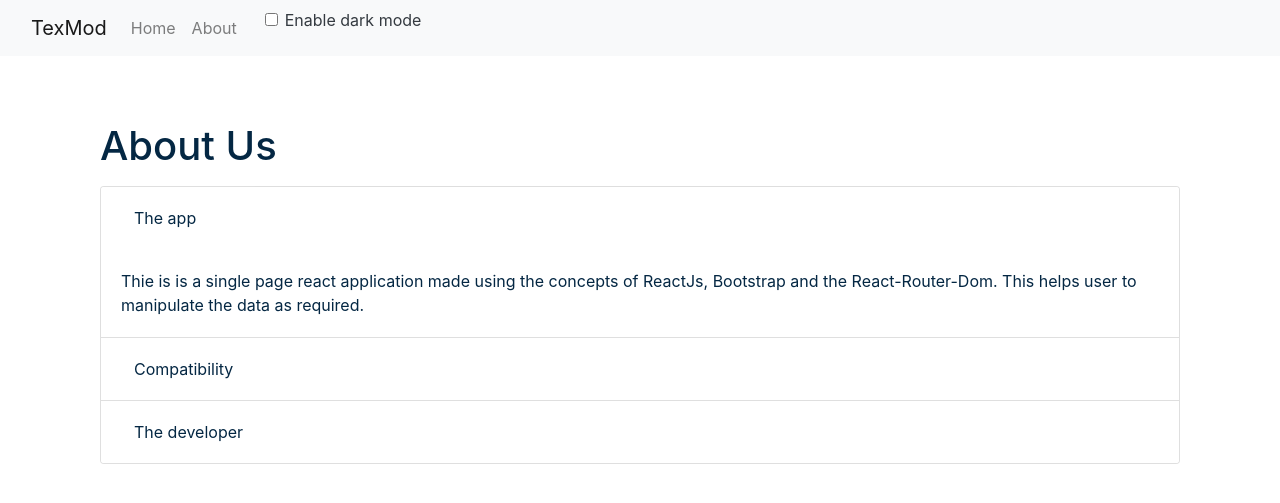
Repository: Ayush-dixit-15/TexMod
Page: /about
These files come from the project's save history. The page is drawn as it stood at one moment and after the next save; the edit follows.
The browser window is 1280 px wide. The pictures show the whole page.
The project was rebuilt for these pictures with package versions that can differ from the ones it lists, and the page was loaded fresh each time. Also part of the build but not shown: src/index.css, src/App.css, src/components/TextForm.js.

Above is the page before, as saved 2022-07-01 20:21:34.

### public/index.html
<!DOCTYPE html>
<html lang="en">
  <head>
    <meta charset="utf-8" />
    <link rel="icon" href="%PUBLIC_URL%/favicon.ico" />
    <meta name="viewport" content="width=device-width, initial-scale=1" />
    <meta name="theme-color" content="#000000" />
    <meta
      name="description"
      content=""
    />
    <link rel="apple-touch-icon" href="%PUBLIC_URL%/logo192.png" />
    <link rel="manifest" href="%PUBLIC_URL%/manifest.json" />
    <link rel="stylesheet" href="https://cdn.jsdelivr.net/npm/bootstrap@4.6.1/dist/css/bootstrap.min.css" integrity="sha384-zCbKRCUGaJDkqS1kPbPd7TveP5iyJE0EjAuZQTgFLD2ylzuqKfdKlfG/eSrtxUkn" crossorigin="anonymous">
    <link rel="apple-touch-icon" sizes="57x57" href="/apple-icon-57x57.png">
    <link rel="apple-touch-icon" sizes="57x57" href="/apple-icon-57x57.png">
    <link rel="apple-touch-icon" sizes="60x60" href="/apple-icon-60x60.png">
    <link rel="apple-touch-icon" sizes="72x72" href="/apple-icon-72x72.png">
    <link rel="apple-touch-icon" sizes="76x76" href="/apple-icon-76x76.png">
    <link rel="apple-touch-icon" sizes="114x114" href="/apple-icon-114x114.png">
    <link rel="apple-touch-icon" sizes="120x120" href="/apple-icon-120x120.png">
    <link rel="apple-touch-icon" sizes="144x144" href="/apple-icon-144x144.png">
    <link rel="apple-touch-icon" sizes="152x152" href="/apple-icon-152x152.png">
    <link rel="apple-touch-icon" sizes="180x180" href="/apple-icon-180x180.png">
    <link rel="icon" type="image/png" sizes="192x192"  href="/android-icon-192x192.png">
    <link rel="icon" type="image/png" sizes="32x32" href="/favicon-32x32.png">
    <link rel="icon" type="image/png" sizes="96x96" href="/favicon-96x96.png">
    <link rel="icon" type="image/png" sizes="16x16" href="/favicon-16x16.png">
    <link rel="manifest" href="/manifest.json">
    <meta name="msapplication-TileColor" content="#ffffff">
    <meta name="msapplication-TileImage" content="/ms-icon-144x144.png">
    <meta name="theme-color" content="#ffffff">
    <title>TexMod</title>
  </head>
  <body>

    <div id="root"></div>
    <script src="https://cdn.jsdelivr.net/npm/jquery@3.5.1/dist/jquery.slim.min.js" integrity="sha384-DfXdz2htPH0lsSSs5nCTpuj/zy4C+OGpamoFVy38MVBnE+IbbVYUew+OrCXaRkfj" crossorigin="anonymous"></script>
    <script src="https://cdn.jsdelivr.net/npm/bootstrap@4.6.1/dist/js/bootstrap.bundle.min.js" integrity="sha384-fQybjgWLrvvRgtW6bFlB7jaZrFsaBXjsOMm/tB9LTS58ONXgqbR9W8oWht/amnpF" crossorigin="anonymous"></script>
  </body>
</html>

### src/App.js
import './App.css';
import Navbar from './components/Navbar';
import TextForm from './components/TextForm';
import About from './components/About';
import React, { useState } from 'react';
import Alert from './components/Alert';
import {
  BrowserRouter as Router,
  Switch,
  Route
} from "react-router-dom";


function App() {
  const [mode, setMode] = useState('light'); // Whether dark mode is enabled or not
  const [alert, setAlert] = useState(null);

  const showAlert = (message, type)=>{
      setAlert({
        msg: message,
        type: type
      })
      setTimeout(() => {
          setAlert(null);
      }, 1500);
  }

  const toggleMode = ()=>{
    if(mode === 'light'){
      setMode('dark');
      document.body.style.backgroundColor = '#042743';
      showAlert("Dark mode has been enabled", "success");
    }
    else{
      setMode('light');
      document.body.style.backgroundColor = 'white';
      showAlert("Light mode has been enabled", "success");
    }
  }
  return (
    <>
    <Router>
    <Navbar title="TexMod" mode={mode} toggleMode={toggleMode} key={new Date()} />
    <Alert alert={alert}/>
    <div className="container my-3">
    <Switch>
    {/* /users --> Component 1
        /users/home --> Component 2 */}
          <Route exact path="/about">
            <About mode={mode} />
          </Route>
          <Route exact path="/">
            <TextForm showAlert={showAlert} heading="TexMod" mode={mode}/>
          </Route>
    </Switch>
    </div>
    </Router>
    </>
  );
}

export default App;

### src/components/Navbar.js
import React from "react";
import PropTypes from "prop-types";
import { Link } from "react-router-dom";

export default function Navbar(props) {
  return (
    <nav
      className={`navbar navbar-expand-lg navbar-${props.mode} bg-${props.mode}`}
    >
      <div className="container-fluid">
        <Link className="navbar-brand" to="/">
          {props.title}
        </Link>
        <button
          className="navbar-toggler"
          type="button"
          data-bs-toggle="collapse"
          data-bs-target="#navbarSupportedContent"
          aria-controls="navbarSupportedContent"
          aria-expanded="false"
          aria-label="Toggle navigation"
        >
          <span className="navbar-toggler-icon"></span>
        </button>
        <div className="collapse navbar-collapse" id="navbarSupportedContent">
          <ul className="navbar-nav me-auto mb-2 mb-lg-0">
            <li className="nav-item">
              <Link className="nav-link" aria-current="page" to="/">
                Home
              </Link>
            </li>
            <li className="nav-item">
              <Link className="nav-link" to="/about">
                {props.aboutText}
              </Link>
            </li>
          </ul>
          <div
            className={`form-check form-switch text-${
              props.mode === "light" ? "dark" : "light"
            }`}
          >
            <div class="form-group form-check">
    <input type="checkbox" class="form-check-input" onClick={props.toggleMode} id="exampleCheck1"/>
    <label class="form-check-label" for="exampleCheck1"> Enable dark mode </label>
  </div>


          </div>
        </div>
      </div>
    </nav>
  );
}

Navbar.propTypes = {
  title: PropTypes.string.isRequired,
  aboutText: PropTypes.string.isRequired,
};

Navbar.defaultProps = {
  title: "Set title here",
  aboutText: "About",
};

### src/components/About.js
import React from 'react'

export default function About(props) {

    // const [myStyle, setMyStyle] = useState({
    //     color: 'black',
    //     backgroundColor: 'white'
    // })
    let myStyle = {
        color: props.mode ==='dark'?'white':'#042743',
        backgroundColor: props.mode ==='dark'?'rgb(36 74 104)':'white',
    }

    return (
        <div className="container" style={myStyle}>
            <h1 className="my-3" style={{color: props.mode ==='dark'?'white':'#042743'}}>About Us</h1>
            <div class="accordion" id="accordionExample" style={myStyle}>
  <div class="card">
    <div class="card-header" id="headingOne" style={myStyle}>
      <h2 class="mb-0">
        <button class="btn btn-link btn-block text-left collapsed" type="button" data-toggle="collapse" data-target="#collapseOne" aria-expanded="true" aria-controls="collapseOne" style={myStyle}>
          The app
        </button>
      </h2>
    </div>

    <div id="collapseOne" class="collapse show" aria-labelledby="headingOne" data-parent="#accordionExample">
      <div class="card-body" style={myStyle}>
         Thie is is a single page react application made using the concepts of ReactJs, Bootstrap and the React-Router-Dom. This helps user to manipulate the data as required.
      </div>
    </div>
  </div>
  <div class="card">
    <div class="card-header" id="headingTwo" style={myStyle}>
      <h2 class="mb-0">
        <button class="btn btn-link btn-block text-left collapsed" type="button" data-toggle="collapse" data-target="#collapseTwo" aria-expanded="false" aria-controls="collapseTwo" style={myStyle}>
          Compatibility
        </button>
      </h2>
    </div>
    <div id="collapseTwo" class="collapse" aria-labelledby="headingTwo" data-parent="#accordionExample">
      <div class="card-body" style={myStyle}>
       This react applicaion is compatible to all sorts of web browsers be it Chrome, Eplorer, Firefox or Opera.
      </div>
    </div>
  </div>
  <div class="card">
    <div class="card-header" id="headingThree" style={myStyle}>
      <h2 class="mb-0">
        <button class="btn btn-link btn-block text-left collapsed" type="button" data-toggle="collapse" data-target="#collapseThree" aria-expanded="false" aria-controls="collapseThree" style={myStyle}>
         The developer
        </button>
      </h2>
    </div>
    <div id="collapseThree" class="collapse" aria-labelledby="headingThree" data-parent="#accordionExample">
      <div class="card-body" style={myStyle}>
       The tex-mod application is devloped by Ayush Dixit, an Undergrad at Bharati Vidyapeeth College of Engineering, New Delhi .
      </div>
    </div>
  </div>
</div>
        </div>
    )
}

Loaded but not shown: src/index.js (common file); src/reportWebVitals.js (common file); src/components/Alert.js (common file)

After the next save:
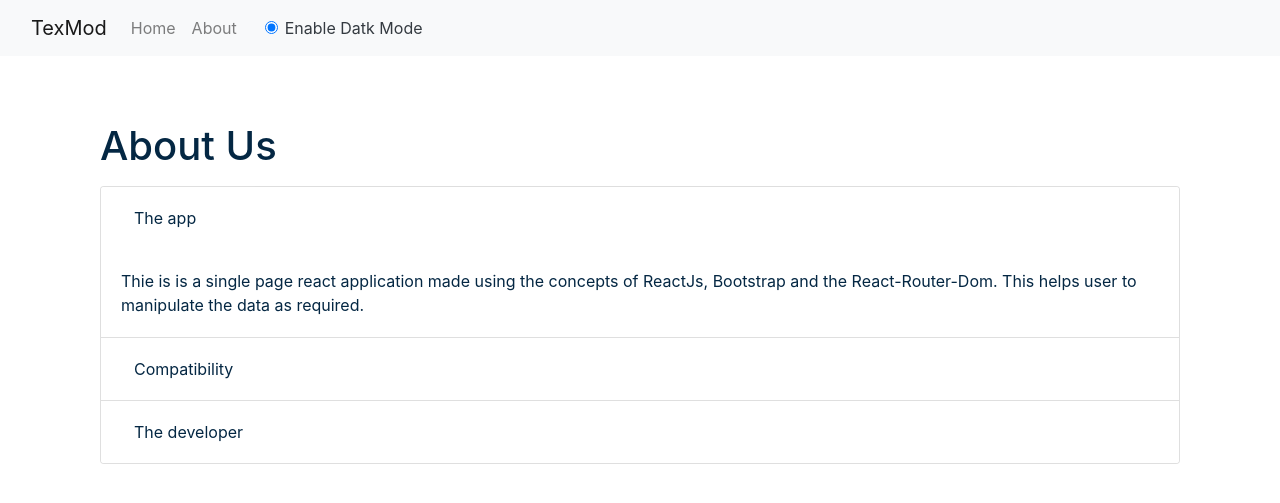
Saved 94 s later.
--- a/src/components/Navbar.js
+++ b/src/components/Navbar.js
@@ -40,11 +40,13 @@ export default function Navbar(props) {
               props.mode === "light" ? "dark" : "light"
             }`}
           >
-            <div class="form-group form-check">
-    <input type="checkbox" class="form-check-input" onClick={props.toggleMode} id="exampleCheck1"/>
-    <label class="form-check-label" for="exampleCheck1"> Enable dark mode </label>
-  </div>
 
+  <div class="form-check">
+  <input class="form-check-input" type="radio" onClick={props.toggleMode} name="exampleRadios" id="exampleRadios1" value="option1" checked/>
+  <label class="form-check-label" for="exampleRadios1">
+   Enable Datk Mode
+  </label>
+</div>
 
           </div>
         </div>
